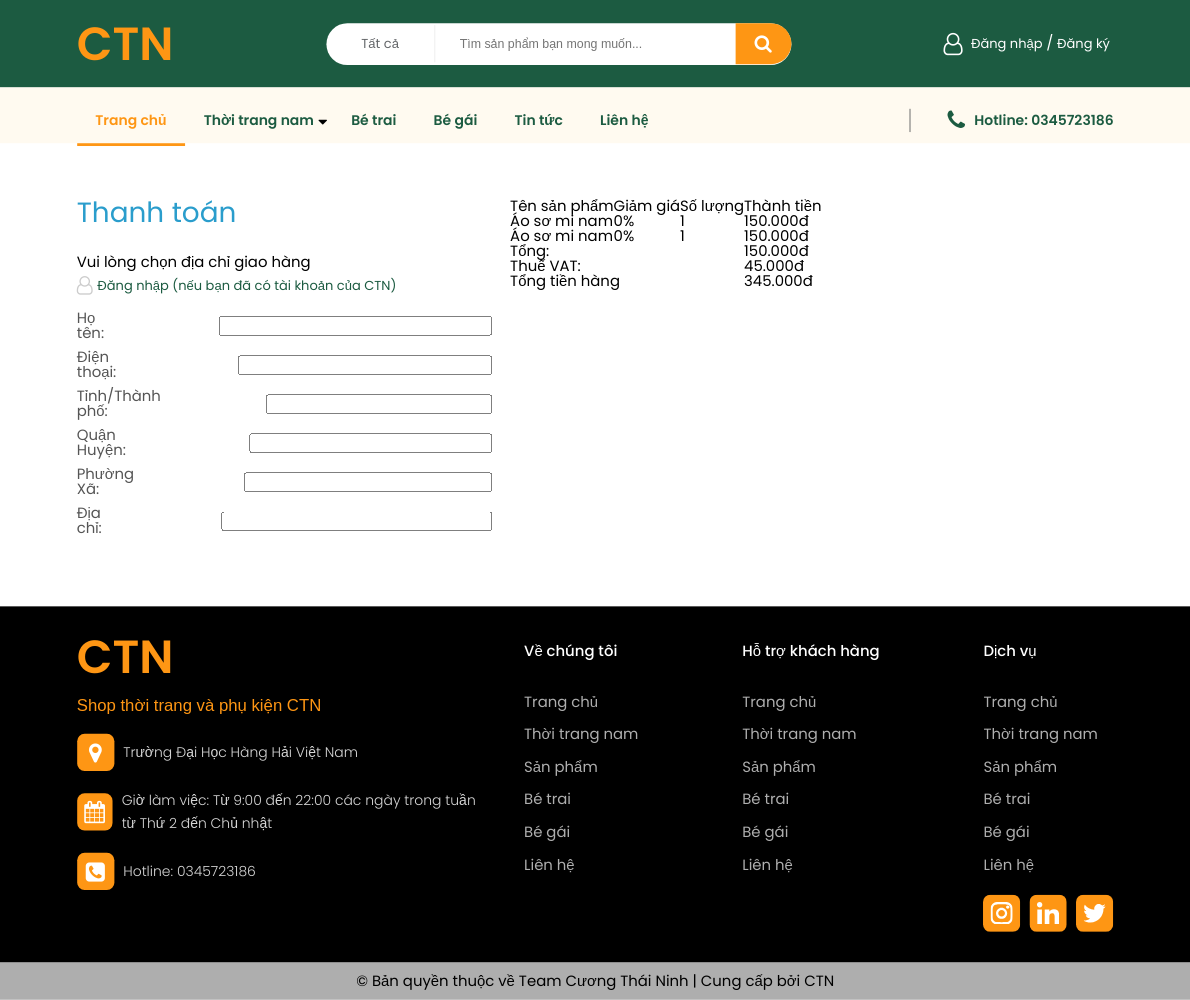
Repository: cuongchua2k2/BaiTapLon-web
Page: deliver.html
An editor plug-in stored every save of this project. The page is shown before and after the next save, followed by the edit.
The browser window is 1280 px wide. The pictures show the whole page, at 93% of full size.

Above is the page before, as saved 2023-12-23 14:29:28.
Console error: TypeError: Cannot read properties of null (reading 'style')

### deliver.html
<!DOCTYPE html>
<html lang="en">
  <head>
    <meta charset="UTF-8" />
    <meta name="viewport" content="width=device-width, initial-scale=1.0" />
    <!-- reset css -->
    <link rel="stylesheet" href="./assets/css/reset.css" />
    <!-- style css -->
    <link rel="stylesheet" href="./assets/css/style.css" />
    <!-- icon -->
    <link
      rel="stylesheet"
      href="https://cdnjs.cloudflare.com/ajax/libs/font-awesome/4.7.0/css/font-awesome.min.css"
    />
    <!-- font  -->
    <link rel="stylesheet" href="./assets/font/stylesheet.css" />
    <title>Bài tập lớn - shop bán quần áo</title>
    <script src="./assets/javascript/app.js"></script>
  </head>
  <body>
    <!-- header -->
    <div id="home"></div>
    <header>
      <div id="header">
        <div class="content">
          <!-- header-nav -->
          <div class="nav">
            <div class="nav__logo">
              <a href="./index.html"><span class="logo__content">CTN</span></a>
            </div>
            <!-- search -->
            <div class="nav__search">
              <p class="nav__desc">Tất cả</p>
              <input
                type="text"
                class="nav__txtsearch"
                placeholder="Tìm sản phẩm bạn mong muốn..."
              />
              <button class="nav__btn--search">
                <i class="fa fa-search" style="font-size: 20px"></i>
              </button>
            </div>
            <!-- login -->
            <div class="login">
              <i
                class="fa fa-user-o"
                style="font-size: 24px; color: #fff; margin-right: 5px"
              ></i>
              <a href="#!" class="btn btn-login">Đăng nhập</a>
              <span style="color: #fff">/</span>
              <a href="#!" class="btn btn-create">Đăng ký</a>
            </div>
          </div>
        </div>
      </div>
      <!-- navbar -->
      <div class="navbar">
        <div class="content navbar__content">
          <ul class="navbar__lv1">
            <li>
              <a href="./index.html" class="active lv1__item">Trang chủ</a>
            </li>
            <li class="lv2">
              <a href="#!" class="lv1__item">Thời trang nam</a>
              <i class="fa fa-sort-desc arrow"></i>
              <ul class="navbar__lv2">
                <li>
                  <a href="#!" class="lv1__item">Sơ mi nam</a>
                </li>
                <li>
                  <a href="#!" class="lv1__item">Quần âu nam</a>
                </li>
                <li>
                  <a href="#!" class="lv1__item">Quần short nam</a>
                </li>
              </ul>
            </li>
            <li>
              <a href="#!" class="lv1__item">Bé trai</a>
            </li>
            <li>
              <a href="#!" class="lv1__item">Bé gái</a>
            </li>
            <li>
              <a href="#!" class="lv1__item">Tin tức</a>
            </li>
            <li>
              <a href="#!" class="lv1__item">Liên hệ</a>
            </li>
          </ul>
          <div class="horizontal"></div>
          <a href="tel:0345723186" class="hotline">
            <i class="fa fa-phone" style="font-size: 24px; color: #1c5b41"></i>
            <span class="hotline__desc">Hotline: 0345723186</span>
          </a>
        </div>
      </div>
    </header>
    <!-- main delivery -->
    <main>
      <div class="delivery">
        <div class="content">
          <!-- left -->
          <div class="delivery__left">
            <h1 class="delivery__title">Thanh toán</h1>
            <p class="delivery__desc">Vui lòng chọn địa chỉ giao hàng</p>
            <div class="login">
              <i
                class="fa fa-user-o"
                style="font-size: 20px; color: #ccc; margin-right: 5px"
              ></i>
              <a href="#!" class="btn delivery__login"
                >Đăng nhập (nếu bạn đã có tài khoản của CTN)</a
              >
            </div>
            <div class="delivery__address">
              <!-- item 1 -->
              <div class="delivery__address__item">
                <label for="">Họ tên:</label>
                <input type="text" />
              </div>
              <!-- item 2 -->
              <div class="delivery__address__item">
                <label for="">Điện thoại:</label>
                <input type="text" />
              </div>
              <!-- item 3 -->
              <div class="delivery__address__item">
                <label for="">Tỉnh/Thành phố:</label>
                <input type="text" />
              </div>
              <!-- item 4 -->
              <div class="delivery__address__item">
                <label for="">Quận Huyện:</label>
                <input type="text" />
              </div>
              <!-- item 5 -->
              <div class="delivery__address__item">
                <label for="">Phường Xã:</label>
                <input type="text" />
              </div>
              <!-- item 6 -->
              <div class="delivery__address__item">
                <label for="">Địa chỉ:</label>
                <input type="text" />
              </div>
            </div>
            <!-- quay lại giỏ hàng -->
            <div class="delivery__cta">
              <a href="" class="btn back__cart">&lt;&lt;Quay lại giỏ hàng</a>
              <a href="" class="btn delivery__buy">Thanh toán và giao hàng</a>
            </div>
          </div>
          <!-- .delivery right -->
          <div class="delivery__right">
            <table>
              <tr>
                <th>Tên sản phẩm</th>
                <th>Giảm giá</th>
                <th>Số lượng</th>
                <th>Thành tiền</th>
              </tr>
              <tr>
                <td>Áo sơ mi nam</td>
                <td>0%</td>
                <td>1</td>
                <td>150.000<sub>đ</sub></td>
              </tr>
              <tr>
                <td>Áo sơ mi nam</td>
                <td>0%</td>
                <td>1</td>
                <td>150.000<sub>đ</sub></td>
              </tr>
              <tr>
                <td colspan="3">Tổng:</td>
                <td>150.000<sub>đ</sub></td>
              </tr>
              <tr>
                <td colspan="3">Thuế VAT:</td>
                <td>45.000<sub>đ</sub></td>
              </tr>
              <tr>
                <td colspan="3">Tổng tiền hàng</td>
                <td>345.000<sub>đ</sub></td>
              </tr>
            </table>
          </div>
        </div>
      </div>
    </main>
    <!-- footer -->
    <footer>
      <div class="footer-body">
        <div class="content footer__content">
          <div class="footer__left">
            <div class="nav__logo">
              <a href="./index.html"><span class="logo__content">CTN</span></a>
            </div>
            <p class="logo__desc">Shop thời trang và phụ kiện CTN</p>
            <div class="info-shop">
              <!-- location -->
              <i
                class="fa fa-map-marker info__icon"
                style="font-size: 24px"
              ></i>
              <span class="info-shop__desc"
                >Trường Đại Học Hàng Hải Việt Nam</span
              >
            </div>
            <!-- work time -->
            <div class="info-shop">
              <i class="fa fa-calendar info__icon" style="font-size: 24px"></i>
              <span class="info-shop__desc"
                >Giờ làm việc: Từ 9:00 đến 22:00 các ngày trong tuần từ Thứ 2
                đến Chủ nhật</span
              >
            </div>
            <!-- hotline -->
            <div class="info-shop">
              <i
                class="fa fa-phone-square info__icon"
                style="font-size: 24px"
              ></i>
              <a href="tel:0345723186" class="info-shop__desc"
                >Hotline: 0345723186</a
              >
            </div>
          </div>
          <div class="footer__right">
            <!-- menu 1 -->
            <ul class="menu">
              <li class="menu__title">Về chúng tôi</li>
              <li class="menu__item">
                <a href="./index.html">Trang chủ</a>
              </li>
              <li class="menu__item">
                <a href="#!">Thời trang nam</a>
              </li>
              <li class="menu__item">
                <a href="#!">Sản phẩm</a>
              </li>
              <li class="menu__item">
                <a href="#!">Bé trai</a>
              </li>
              <li class="menu__item">
                <a href="#!">Bé gái</a>
              </li>
              <li class="menu__item">
                <a href="#!">Liên hệ</a>
              </li>
            </ul>
            <!-- menu 2 -->
            <ul class="menu">
              <li class="menu__title">Hỗ trợ khách hàng</li>
              <li class="menu__item">
                <a href="./index.html">Trang chủ</a>
              </li>
              <li class="menu__item">
                <a href="#!">Thời trang nam</a>
              </li>
              <li class="menu__item">
                <a href="#!">Sản phẩm</a>
              </li>
              <li class="menu__item">
                <a href="#!">Bé trai</a>
              </li>
              <li class="menu__item">
                <a href="#!">Bé gái</a>
              </li>
              <li class="menu__item">
                <a href="#!">Liên hệ</a>
              </li>
            </ul>
            <!-- menu 3 -->
            <ul class="menu">
              <li class="menu__title">Dịch vụ</li>
              <li class="menu__item">
                <a href="./index.html">Trang chủ</a>
              </li>
              <li class="menu__item">
                <a href="#!">Thời trang nam</a>
              </li>
              <li class="menu__item">
                <a href="#!">Sản phẩm</a>
              </li>
              <li class="menu__item">
                <a href="#!">Bé trai</a>
              </li>
              <li class="menu__item">
                <a href="#!">Bé gái</a>
              </li>
              <li class="menu__item">
                <a href="#!">Liên hệ</a>
              </li>
              <li class="social-network">
                <a href="#!"
                  ><img
                    src="./assets/img/Instagram.svg"
                    alt=""
                    class="info__icon"
                /></a>
                <a href="#!"
                  ><img
                    src="./assets/img/linked_in.svg"
                    alt=""
                    class="info__icon"
                /></a>
                <a href="#!"
                  ><img
                    src="./assets/img/twitter.svg"
                    alt=""
                    class="info__icon"
                /></a>
              </li>
            </ul>
          </div>
        </div>
      </div>
      <div class="exclusive">
        <span class="exclusive__desc"
          >© Bản quyền thuộc về Team Cương Thái Ninh | Cung cấp bởi CTN
        </span>
      </div>
    </footer>
  </body>
</html>

### assets/css/style.css
:root {
  --primary-color: #fe9614;
}

* {
  box-sizing: border-box;
}

html,
body {
  scroll-behavior: smooth;
}

html {
  font-size: 62.5%;
}

body {
  font-family: "Poppins", sans-serif;
  font-size: 1.6rem;
  /* height: 5000px; */
}

/* =====================common ======================*/

a {
  text-decoration: none;
}

.content {
  width: 1115px;
  max-width: calc(100% - 48px);
  margin: 0px auto;
}

.btn {
  text-decoration: none;
  color: #fff;
  font-size: 1.4rem;
  font-weight: 400;
}

.btn:hover {
  opacity: 0.7;
  color: var(--primary-color);
}

/* =====================header========================= */

/* =========== header nav===============*/

header {
  position: sticky;
  top: -95px;
  z-index: 1;
}

#header {
  padding: 22px 0;
  background-color: #1c5b41;
}

.nav {
  display: flex;
  justify-content: space-between;
  align-items: center;
}

.logo__content {
  font-size: 5rem;
  font-weight: 600;
  color: var(--primary-color);
}

.nav__search {
  height: 45px;
  width: 500px;
  padding: 4px 0;
  display: flex;
  justify-content: space-between;
  align-items: center;
  background-color: #fff;
  border-radius: 999px;
}

.nav__desc {
  opacity: 0.7;
  padding: 13px 38px;
  font-size: 1.4rem;
  color: #212529;
  font-weight: 400;
  border-right: 1px solid #e5e5e5;
}

.nav__txtsearch {
  outline: none;
  width: 300px;
  height: 40px;
  padding: 15px;
  border: none;
}

.nav__btn--search {
  cursor: pointer;
  height: 44px;
  width: 60px;
  border-radius: 0 40px 40px 0;
  color: #fff;
  background: var(--primary-color);
  border: var(--primary-color);
}

.nav__btn--search:hover {
  background-color: #fff;
  color: var(--primary-color);
}

.login {
  display: flex;
  align-items: center;
}

.btn-login,
.btn-create {
  padding: 8px 4px;
}

/* ===========navbar=============== */

.navbar {
  background-color: #fffaf0;
  padding: 5px 10px;
  height: 60px;
}

.navbar__content {
  display: flex;
  align-items: center;
  justify-content: space-between;
  line-height: 60px;
}

.horizontal {
  height: 25px;
  opacity: 0.7;
  width: 1px;
  background-color: #212529;
  margin-left: auto;
}

.navbar__lv1 {
  display: flex;
}

.lv1__item {
  padding: 15px 20px;
  font-weight: 600;
  font-size: 1.5rem;
  color: #1c5b41;
}

.lv1__item:hover {
  color: var(--primary-color);
}

.hotline {
  display: flex;
  align-items: center;
  margin-left: 40px;
}

.hotline__desc {
  margin-left: 10px;
  font-weight: 600;
  font-size: 1.5rem;
  color: #1c5b41;
}

.hotline__desc:hover {
  color: var(--primary-color);
}

.lv2 {
  position: relative;
}

.navbar__lv2 {
  display: none;
  margin-top: -7px;
  position: absolute;
  background-color: #fff;
  min-width: 200px;
  transform: perspective(600px) rotateX(0deg);
  z-index: 1;
}

.navbar__lv2 > li:not(:first-child) {
  border-top: 1px solid #666;
}

.navbar__lv2 > li > .lv1__item {
  display: inline-block;
  padding: 0 30px;
}

.lv2:hover .navbar__lv2 {
  display: block;
}

.arrow {
  position: absolute;
  top: 20px;
  right: 6px;
}

.lv1__item.active {
  color: var(--primary-color);
  border-bottom: 3px solid var(--primary-color);
}

/* ======================================main================== */

/* ==================banner================ */

.banner {
  background-color: #9f9b8f;
}

.banner__content {
  position: relative;
  overflow: hidden;
}

.banner__list {
  display: flex;
  transition: all 0.5s ease-in-out;
}

.banner__image {
  display: block;
  width: 100%;
  object-fit: cover;
  background-size: cover;
}

.dot__list {
  position: absolute;
  left: 50%;
  bottom: 0;
}

.dot {
  cursor: pointer;
  display: inline-block;
  height: 10px;
  width: 10px;
  border-radius: 50%;
  background-color: #6c757d;
}

.dot__active {
  background-color: var(--primary-color);
}

.dot:hover {
  background-color: var(--primary-color);
}

/* sale */

.sale {
  background-color: var(--primary-color);
}

.sale__image {
  width: 100%;
}

/* ===============product-hot============== */

.product-hot {
  padding: 50px 0;
  background-color: #fffaf0;
}

.title-section {
  position: relative;
  margin-bottom: 60px;
  font-family: "Montserrat", sans-serif;
  font-weight: 700;
  letter-spacing: 0;
  font-size: 4rem;
  color: #1c5b41;
}

.title-section::before {
  position: absolute;
  top: -20px;
  display: inline-block;
  content: "";
  height: 3px;
  width: 110px;
  background-color: var(--primary-color);
}

.product__list {
  width: 100%;
  display: flex;
  /* justify-content: space-between; */
  flex-wrap: wrap;
  gap: 25px 25px;
}

.product__image {
  height: 200px;
  width: 200px;
  object-fit: cover;
  border-radius: 10px;
}

.product__desc {
  margin: 10px 0;
  overflow: hidden;
  white-space: nowrap;
  color: #454545;
  font-weight: 300;
  font-size: 1.4rem;
  line-height: 20px;
}

.price {
  font-size: 1.6rem;
  line-height: 20px;
  color: var(--primary-color);
}

.cta {
  text-align: center;
  margin-top: 60px;
}

.btn__view-all {
  display: inline-block;
  padding: 20px 70px;
  font-weight: 700;
  font-size: 1.8rem;
  line-height: 22px;
  color: #fff;
  background: #1c5b41;
  border-radius: 10px;
}

.btn__view-all:hover {
  opacity: 1;
  background-color: var(--primary-color);
  color: #fff;
}

/*==================== product new================= */

.product-new {
  padding: 90px 0;
}

.product-new__body {
  display: flex;
  justify-content: space-between;
  align-items: flex-start;
}

.body__left {
  width: 40%;
}

.body__right {
  margin-left: 30px;
  width: 60%;
}

.product-new__image {
  width: 100%;
  height: 545px;
  object-fit: cover;
  border-radius: 10px;
}

/*=========================== product same price========================== */

.same-price {
  background-color: #1c5b41;
  padding: 60px 0;
}

.same-price__banner {
  width: 100%;
  height: auto;
  border-radius: 10px;
  margin-bottom: 20px;
}

.same-price__title {
  color: #fff;
}

.btn__same-price {
  display: inline-block;
  padding: 20px 70px;
  font-weight: 700;
  font-size: 1.8rem;
  line-height: 22px;
  color: #fff;
  background: var(--primary-color);
  border-radius: 10px;
}

.btn__same-price:hover {
  opacity: 1;
  background-color: #fff;
  color: var(--primary-color);
}

.same-price__desc {
  color: #fff !important;
}

.product__item {
  position: relative;
}

.buy-product {
  display: none;
  width: 100%;
  padding: 7px;
  position: absolute;
  top: 163px;
  border-radius: 0 0 10px 10px;
  background-color: #6c757d;
}

.product__item:hover .buy-product {
  display: inline-flex;
  align-items: center;
  justify-content: center;
}

.buy-product:hover {
  background-color: var(--primary-color);
}

.buy-product__desc {
  color: #fff;
  font-size: 1.4rem;
  margin-left: 3px;
}

/* ==============good price====================== */

.good-price {
  background-color: #fffaf0;
}

/* ============all local brand */

.brand__img {
  width: 100%;
  object-fit: cover;
}

/* ===========================footer======================= */

.footer-body {
  padding: 30px 0;
  background-color: #000;
}
.footer__content {
  display: flex;
  align-items: flex-start;
}

.footer__left {
  width: 40%;
  margin-right: 35px;
}

.logo__desc {
  font-family: "Montserrat", sans-serif;
  font-weight: 500;
  font-size: 1.8rem;
  line-height: 22px;
  color: #fe9614;
  margin-top: 15px;
}

.info-shop {
  margin-top: 20px;
  display: flex;
  align-items: center;
}

.info__icon {
  text-align: center;
  width: 40px;
  height: 40px;
  padding: 8px;
  line-height: 40px;
  border-radius: 8px;
  color: #fff;
  background-color: var(--primary-color);
}

.info-shop__desc {
  margin-left: 10px;
  font-size: 1.5rem;
  line-height: 1.6;
  color: #ffffffd6;
  font-weight: 300;
}

.footer__right {
  width: calc(60% - 35px);
  display: flex;
  justify-content: space-between;
  gap: 0 20px;
}

.menu__title {
  font-weight: 500;
  font-size: 1.6rem;
  line-height: 35px;
  color: #ffffff;
  margin-bottom: 20px;
}

.menu__item > a {
  font-weight: 400;
  font-size: 1.6rem;
  line-height: 35px;
  color: #aeaeae;
}

.menu__item > a:hover {
  color: var(--primary-color);
}

.social-network {
  margin-top: 15px;
  display: flex;
  gap: 10px;
}

.exclusive {
  background-color: #aeaeae;
  padding: 12px 0;
  text-align: center;
}

/* ==================================category========================== */

.category {
  padding: 60px 0;
}

.category__nav {
  display: flex;
  align-items: center;
  gap: 0 20px;
  margin-bottom: 30px;
}

.category__nav__home {
  color: #333;
  font-size: 1.4rem;
}

.category__desc {
  font-size: 1.4rem;
  text-shadow: 1px 0 0 #1c5b41;
}

.category__nav__home:hover,
.category__desc-home:hover {
  text-shadow: 1px 0 0 #1c5b41;
}

/* ================product==================== */

.product {
  padding: 60px 0;
}

.category__desc-home {
  color: #333;
  text-shadow: none;
}

.product-content {
  font-family: "Montserrat", sans-serif;
  display: flex;
  align-items: flex-start;
  justify-content: space-between;
  gap: 0 30px;
}

.product-left,
.product-right {
  width: 50%;
}

.product-big-image {
  border-radius: 10px;
  width: 100%;
  height: auto;
  object-fit: cover;
}

.product-title {
  font-weight: 600;
  font-size: 2.2rem;
  line-height: 27px;
  color: #000000;
  margin-bottom: 10px;
}

.product__desc {
  font-weight: 500;
  font-size: 1.5rem;
  line-height: 18px;
  color: #484848;
  margin-bottom: 20px;
}

.product__price {
  font-weight: 700;
  font-size: 2.8rem;
  line-height: 34px;
  text-transform: uppercase;
  color: #ff6563;
}

.row {
  display: flex;
  align-items: center;
  margin-top: 30px;
  gap: 0 20px;
}

.product__icon {
  width: 55px;
  height: 55px;
}

.product__info__desc {
  display: block;
  font-weight: 700;
  font-size: 1.6rem;
  line-height: 162.9%;
  color: #484848;
}

.product__info__sub {
  display: block;
  width: 100%;
  font-weight: 500;
  font-size: 1.6rem;
  line-height: 162.9%;
  color: #484848;
}

.cta-buy-product {
  margin-top: 30px;
}

.choose-quantity {
  display: inline-block;
  border: 1px solid #cfcdc6;
  border-collapse: collapse;
  border-radius: 3px;
}

.minus-quantity,
.add-quantity {
  cursor: pointer;
  padding: 10px 15px;
  color: #ee4f83;
  border: none;
}

.txt-quantity {
  border: 1px solid #cfcdc6;
  text-align: center;
  outline: none;
  border: none;
}
label {
  font-size: 1.6rem;
  color: #212529;
}

.button {
  margin-top: 30px;
}

.buy-now,
.add-cart {
  border-radius: 10px;
  font-size: 1.6rem;
  max-width: 370px;
  margin-top: 10px;
  text-align: center;
  display: block;
  background-color: #1c5b41;
  padding: 20px;
}

.add-cart {
  background-color: #fff;
  color: #1c5b41;
  border: 1px solid #1c5b41;
}

.buy-now:hover,
.add-cart:hover {
  background-color: var(--primary-color);
  color: #fff;
  border: none;
}

/* ====================cart=================== */

.cart {
  padding: 60px 0;
}

.cart__body {
  margin-top: 100px;
}

.cart__body table {
  width: 100%;
  text-align: center;
}

.cart__product td {
  padding: 20px 0;
  border-bottom: 2px solid #dddddd;
  vertical-align: middle;
}

.cart__product input {
  width: 50px;
}

.cart__product span {
  display: block;
  width: 20px;
  height: 20px;
  line-height: 20px;
  border: 1px solid #dddddd;
  text-align: center;
  cursor: pointer;
  margin: 0px auto;
}

.cart__product span:hover {
  color: #fff;
  background-color: #1c5b41;
}

.cart__image {
  width: 110px;
  height: 110px;
  object-fit: cover;
}

.cart__header {
  text-align: center;
  padding-bottom: 30px;
  font-size: 12px;
  text-transform: uppercase;
  color: #333;
  border-bottom: 2px solid #dddddd;
  border-collapse: collapse;
}

.cart__bottom {
  text-align: right;
  margin-left: auto;
}

.cart__bottom > .row {
  justify-content: flex-end;
  gap: 0 100px;
}

.buy__done {
  margin-top: 20px;
  display: inline-block;
  border-radius: 10px;
  background-color: #1c5b41;
  text-align: center;
  width: 250px;
  padding: 15px;
}

/* ====================delivery======================= */

.delivery {
  padding: 60px 0;
}

.delivery > .content {
  display: flex;
  gap: 0 20px;
}

.delivery__left {
  width: 40%;
}

.delivery__title {
  color: #2a9dcc;
  font-size: 3rem;
}

.delivery__desc {
  font-size: 1.6rem;
  margin-top: 30px;
}

.delivery__login {
  color: #1c5b41;
  margin: 10px 0;
}

.delivery__address__item {
  margin-top: 10px;
  display: flex;
  align-items: center;
  justify-content: space-between;
  gap: 100px;
}

.delivery__address__item label {
  color: #555;
}

.delivery__address__item input {
  width: 300px;
  text-align: right;
}

Loaded but not shown: assets/css/reset.css (common file); assets/javascript/app.js (42 lines, source omitted); assets/font/stylesheet.css (161 lines, source omitted)

After the next save:
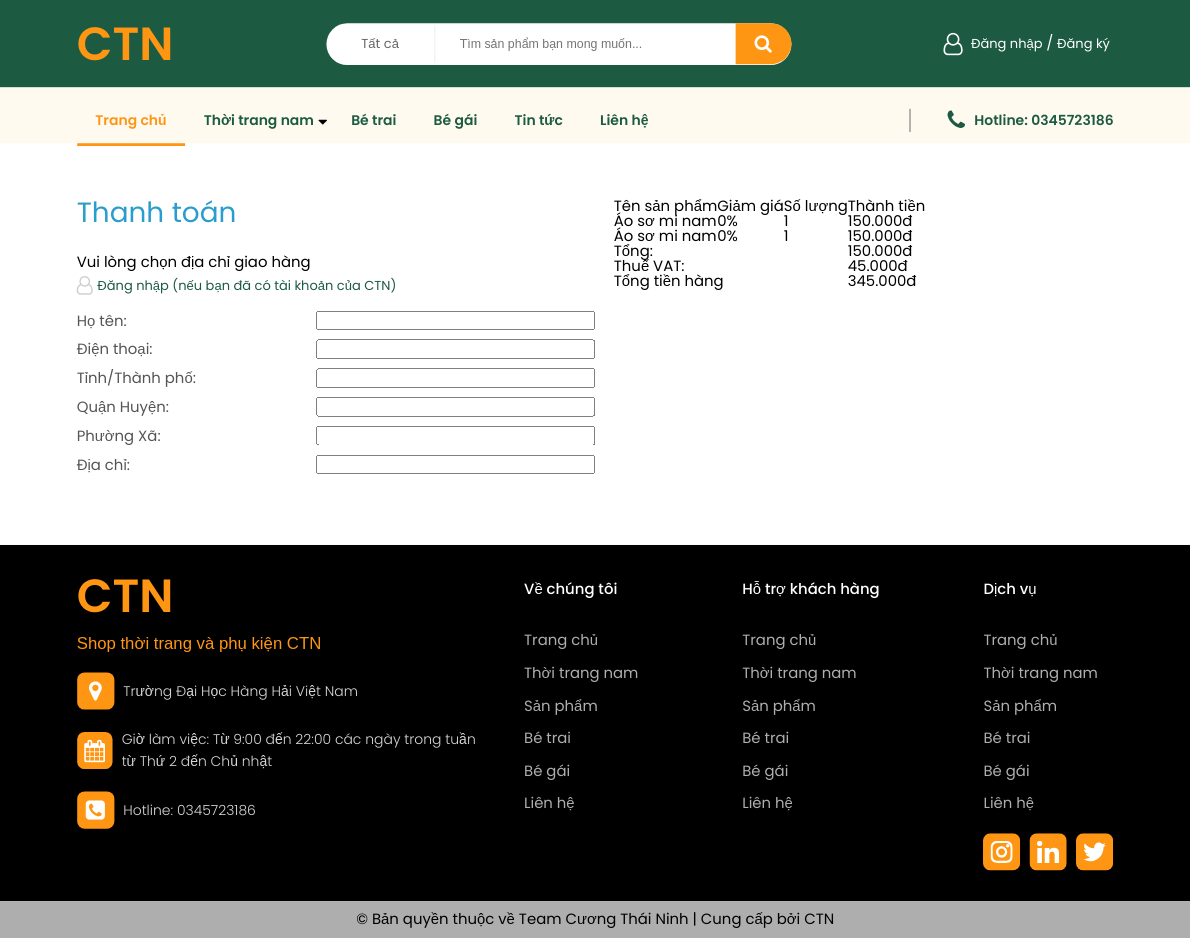
Saved 5 s later.
--- a/assets/css/style.css
+++ b/assets/css/style.css
@@ -814,7 +814,7 @@ label {
 }
 
 .delivery__left {
-  width: 40%;
+  width: 50%;
 }
 
 .delivery__title {
